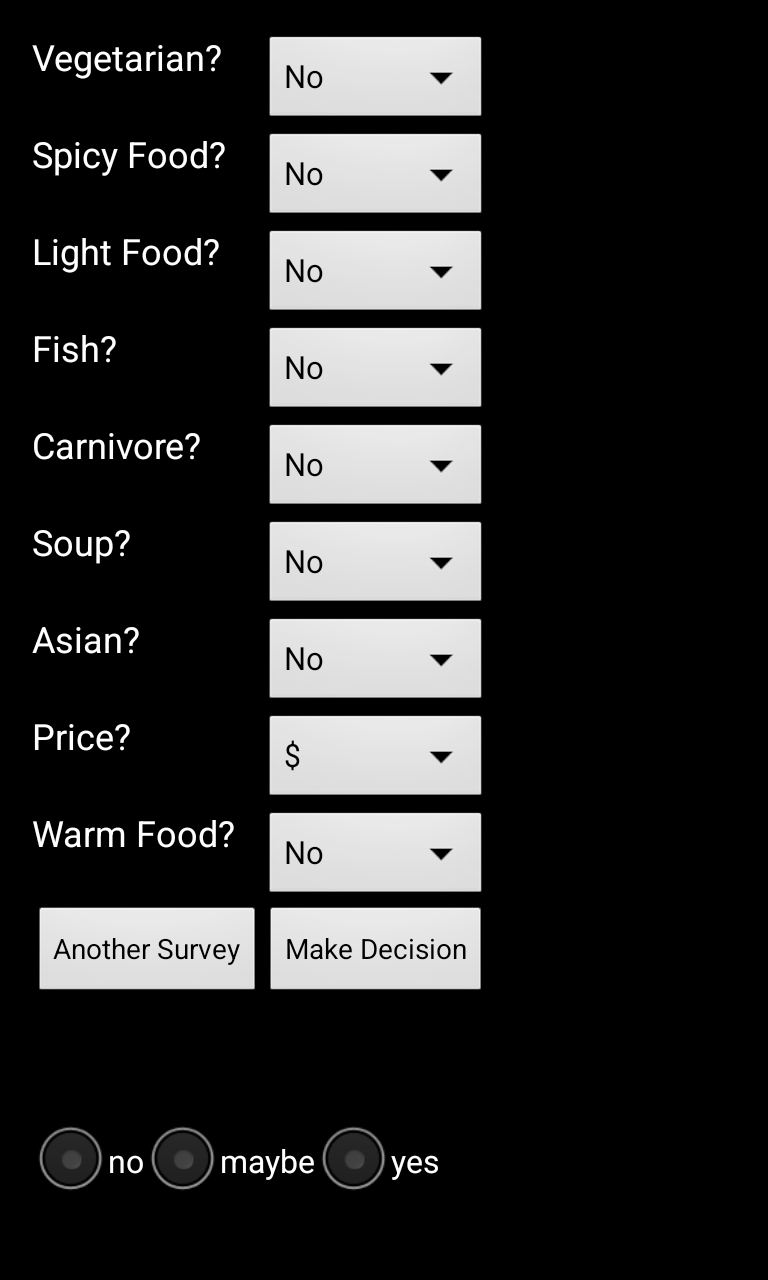
Repository: imhossu/FeedJulia
Layout: FeedJulia/res/layout/activity_survey.xml
The author's editor kept a copy of each file at every save. The layout is drawn from the files as they stood at one save, then again after the next save.
It is drawn on a 768 x 1280 px phone screen (xhdpi) without system bars, with theme android:Theme.NoTitleBar; the app's code is not run.

Above is the layout before, as saved 2014-01-26 08:59:26.

### FeedJulia/res/layout/activity_survey.xml
<LinearLayout xmlns:tools="http://schemas.android.com/tools"
    xmlns:android="http://schemas.android.com/apk/res/android"
    android:layout_width="match_parent"
    android:layout_height="match_parent"
    android:columnCount="1"
    android:paddingBottom="@dimen/activity_vertical_margin"
    android:paddingLeft="@dimen/activity_horizontal_margin"
    android:paddingRight="@dimen/activity_horizontal_margin"
    android:paddingTop="@dimen/activity_vertical_margin"
    android:orientation="horizontal"
    tools:context=".Survey" >

    <TableLayout
        android:layout_width="match_parent"
        android:layout_height="match_parent"
        android:layout_column="0"
        android:layout_gravity="left|top"
        android:layout_row="0" >

        <TableRow
            android:id="@+id/tableVeg"
            android:layout_width="wrap_content"
            android:layout_height="fill_parent" >

            <TextView
                android:id="@+id/textVeg"
                android:layout_width="wrap_content"
                android:layout_height="fill_parent"
                android:text="Vegetarian?"
                android:textAppearance="?android:attr/textAppearanceMedium" />

            <Spinner
                android:id="@+id/vegChoices"
                android:layout_width="match_parent"
                android:layout_height="match_parent"
                android:entries="@array/options" />
        </TableRow>


       <TableRow
            android:id="@+id/tableSpicy"
            android:layout_width="wrap_content"
            android:layout_height="fill_parent" >

            <TextView
                android:id="@+id/TextSpicy"
                android:layout_width="wrap_content"
                android:layout_height="fill_parent"
                android:text="Spicy Food?"
                android:textAppearance="?android:attr/textAppearanceMedium" />

            <Spinner
                android:id="@+id/SpicyChoices"
                android:layout_width="match_parent"
                android:layout_height="match_parent"
                android:entries="@array/options" />
        </TableRow>


        <TableRow
            android:id="@+id/tableLight"
            android:layout_width="wrap_content"
            android:layout_height="fill_parent" >

            <TextView
                android:id="@+id/TextLight"
                android:layout_width="wrap_content"
                android:layout_height="fill_parent"
                android:text="Light Food?"
                android:textAppearance="?android:attr/textAppearanceMedium" />

            <Spinner
                android:id="@+id/LightChoices"
                android:layout_width="match_parent"
                android:layout_height="match_parent"
                android:entries="@array/options" />
        </TableRow>

          <TableRow
            android:id="@+id/tableFish"
            android:layout_width="wrap_content"
            android:layout_height="fill_parent" >

            <TextView
                android:id="@+id/TextFish"
                android:layout_width="wrap_content"
                android:layout_height="fill_parent"
                android:text="Fish?"
                android:textAppearance="?android:attr/textAppearanceMedium" />

            <Spinner
                android:id="@+id/FishChoices"
                android:layout_width="match_parent"
                android:layout_height="match_parent"
                android:entries="@array/options" />
        </TableRow>

            <TableRow
            android:id="@+id/tableMeat"
            android:layout_width="wrap_content"
            android:layout_height="fill_parent" >

            <TextView
                android:id="@+id/TextMeat"
                android:layout_width="wrap_content"
                android:layout_height="fill_parent"
                android:text="Carnivore?"
                android:textAppearance="?android:attr/textAppearanceMedium" />

            <Spinner
                android:id="@+id/MeatChoices"
                android:layout_width="match_parent"
                android:layout_height="match_parent"
                android:entries="@array/options" />
        </TableRow>

              <TableRow
            android:id="@+id/tableSoup"
            android:layout_width="wrap_content"
            android:layout_height="fill_parent" >

            <TextView
                android:id="@+id/TextSoup"
                android:layout_width="wrap_content"
                android:layout_height="fill_parent"
                android:text="Soup?"
                android:textAppearance="?android:attr/textAppearanceMedium" />

            <Spinner
                android:id="@+id/SoupChoices"
                android:layout_width="match_parent"
                android:layout_height="match_parent"
                android:entries="@array/options" />
        </TableRow>

                <TableRow
            android:id="@+id/tableAsian"
            android:layout_width="wrap_content"
            android:layout_height="fill_parent" >

            <TextView
                android:id="@+id/TextAsian"
                android:layout_width="wrap_content"
                android:layout_height="fill_parent"
                android:text="Asian?"
                android:textAppearance="?android:attr/textAppearanceMedium" />

            <Spinner
                android:id="@+id/AsianChoices"
                android:layout_width="match_parent"
                android:layout_height="match_parent"
                android:entries="@array/options" />
        </TableRow>

                  <TableRow
            android:id="@+id/tablePrice"
            android:layout_width="wrap_content"
            android:layout_height="fill_parent" >

            <TextView
                android:id="@+id/TextPrice"
                android:layout_width="wrap_content"
                android:layout_height="fill_parent"
                android:text="Price?"
                android:textAppearance="?android:attr/textAppearanceMedium" />

            <Spinner
                android:id="@+id/PriceChoices"
                android:layout_width="match_parent"
                android:layout_height="match_parent"
                android:entries="@array/dollars" />
        </TableRow>

        <TableRow
            android:id="@+id/tableWarm"
            android:layout_width="wrap_content"
            android:layout_height="fill_parent" >

            <TextView
                android:id="@+id/TextWarm"
                android:layout_width="wrap_content"
                android:layout_height="fill_parent"
                android:text="Warm Food?"
                android:textAppearance="?android:attr/textAppearanceMedium" />

            <Spinner
                android:id="@+id/WarmChoices"
                android:layout_width="match_parent"
                android:layout_height="match_parent"
                android:entries="@array/YN" />
        </TableRow>


    	<TableRow
            android:id="@+id/tableButtons"
            android:layout_width="wrap_content"
            android:layout_height="fill_parent" >

            <Button
	        android:id="@+id/moreSurvey"
	        android:layout_width="wrap_content"
	        android:layout_height="wrap_content"
	        android:layout_alignParentBottom="true"
	        android:layout_centerHorizontal="true"
	        android:layout_marginBottom="56dp"
	        android:text="Another Survey" />

	       <Button
	        android:id="@+id/makeDecision"
	        android:layout_width="wrap_content"
	        android:layout_height="wrap_content"
	        android:layout_alignParentBottom="true"
	        android:layout_centerHorizontal="true"
	        android:layout_marginBottom="56dp"
	        android:text="Make Decision" />
        </TableRow>

        <RadioGroup
    		android:layout_width="fill_parent"
    		android:layout_height="wrap_content"
    		android:orientation="horizontal"
    		android:weightSum="100">
    		<RadioButton android:id="@+id/no"
        		android:layout_width="wrap_content"
        		android:layout_height="wrap_content"
        		android:text="no"
        		android:onClick="onRadioButtonClicked"/>
    		<RadioButton android:id="@+id/maybe"
        		android:layout_width="wrap_content"
        		android:layout_height="wrap_content"
        		android:text="maybe"
        		android:onClick="onRadioButtonClicked"/>
    		<RadioButton android:id="@+id/yes"
        		android:layout_width="wrap_content"
        		android:layout_height="wrap_content"
        		android:text="yes"
        		android:onClick="onRadioButtonClicked"/>
		</RadioGroup>

    </TableLayout>





</LinearLayout>

### FeedJulia/res/values/strings.xml
<?xml version="1.0" encoding="utf-8"?>
<resources>

    <string name="app_name">FeedJulia</string>
    <string name="action_settings">Settings</string>
    <string name="hello_world">Hello world!</string>
    <string name="title_activity_survey">Survey</string>

    <string-array name="options">
        <item>No</item>
        <item>Neutral</item>
        <item>Yes</item>
    </string-array>
    <string-array name="YN">
        <item>No</item>
        <item>Yes</item>
    </string-array>
    <string-array name="dollars">
        <item>$</item>
        <item>$$</item>
        <item>$$$</item>
        <item>$$$$</item>
    </string-array>

    <string name="title_activity_place">Place</string>

</resources>

Loaded but not shown: FeedJulia/res/values/dimens.xml (common file)

After the next save:
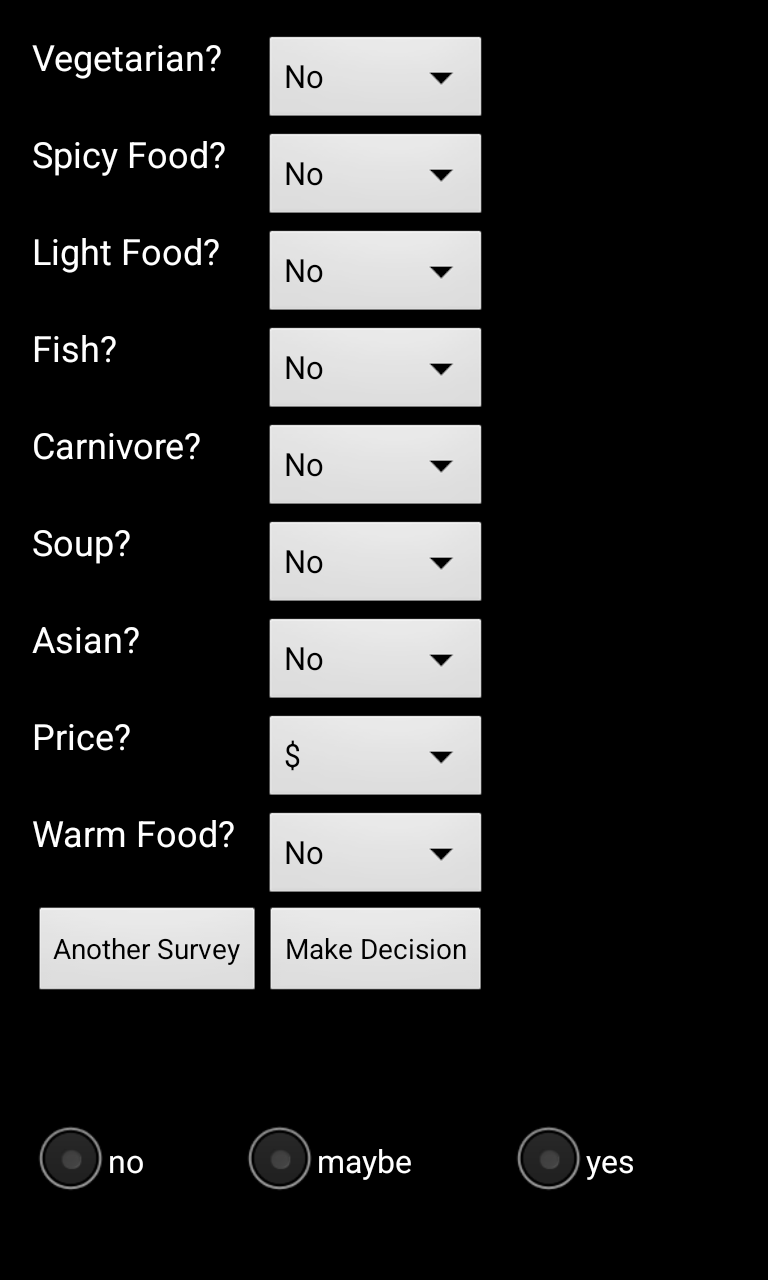
Saved 30 s later.
--- a/FeedJulia/res/layout/activity_survey.xml
+++ b/FeedJulia/res/layout/activity_survey.xml
@@ -223,16 +223,19 @@
     		<RadioButton android:id="@+id/no"
         		android:layout_width="wrap_content"
         		android:layout_height="wrap_content"
+        		android:layout_weight="33"
         		android:text="no"
         		android:onClick="onRadioButtonClicked"/>
     		<RadioButton android:id="@+id/maybe"
         		android:layout_width="wrap_content"
         		android:layout_height="wrap_content"
+        		android:layout_weight="33"
         		android:text="maybe"
         		android:onClick="onRadioButtonClicked"/>
     		<RadioButton android:id="@+id/yes"
         		android:layout_width="wrap_content"
         		android:layout_height="wrap_content"
+        		android:layout_weight="33"
         		android:text="yes"
         		android:onClick="onRadioButtonClicked"/>
 		</RadioGroup>
